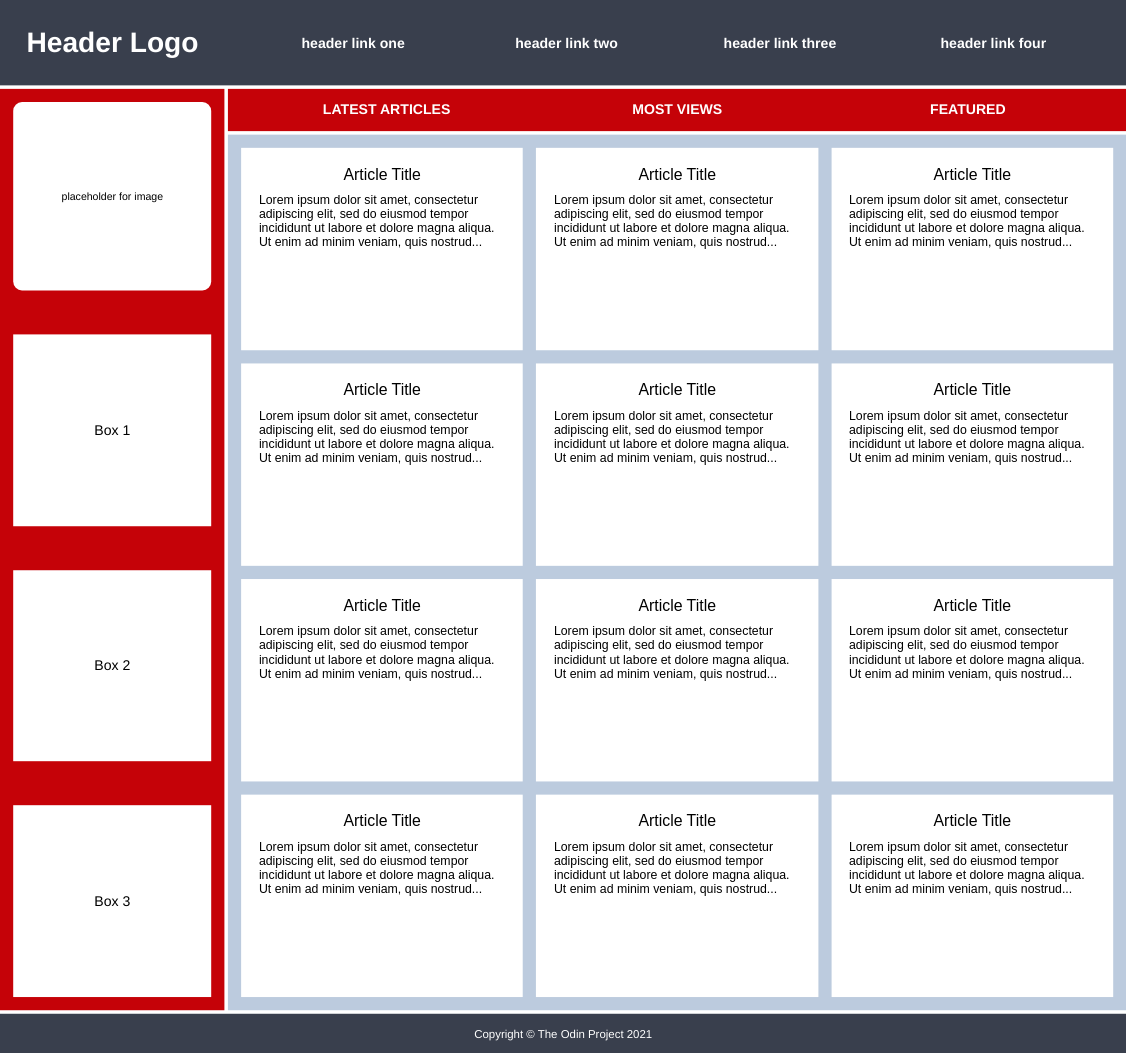
Repository: gkintu/css-exercises
Page: intermediate-html-css/advanced-grid/02-holy-grail-mockup/index.html
An editor plug-in stored every save of this project. The page is shown before and after the next save, followed by the edit.
The browser window is 1280 px wide. The pictures show the whole page, at 88% of full size.

Above is the page before, as saved 2025-03-04 11:23:39.

### intermediate-html-css/advanced-grid/02-holy-grail-mockup/index.html
<!DOCTYPE html>
<html lang="en">
  <head>
    <meta charset="UTF-8">
    <meta http-equiv="X-UA-Compatible" content="IE=edge">
    <meta name="viewport" content="width=device-width, initial-scale=1.0">
    <title>Holy Grail Mockup</title>
    <link rel="stylesheet" href="style.css">
  </head>
  <body>
    <div class="container">

      <div class="header">
        <div class="logo">Header Logo</div>
        <div class="menu">
          <ul>
            <li>header link one</li>
            <li>header link two</li>
            <li>header link three</li>
            <li>header link four</li>
          </ul>
        </div>
      </div>

      <div class="sidebar">
        <div class="photo">
          <p>placeholder for image</p>
        </div>
        <div class="side-content">Box 1
        </div>
        <div class="side-content">Box 2
        </div>
        <div class="side-content">Box 3
        </div>
      </div>

      <div class="nav">
        <ul>
          <li>Latest Articles</li>
          <li>Most Views</li>
          <li>Featured</li>
        </ul>
      </div>

      <div class="article">
        <div class="card">
          <p class="title">Article Title</p>
          <p>Lorem ipsum dolor sit amet, consectetur adipiscing elit, sed do eiusmod tempor incididunt ut labore et dolore magna aliqua. Ut enim ad minim veniam, quis nostrud...</p>
        </div>
        <div class="card">
          <p class="title">Article Title</p>
          <p>Lorem ipsum dolor sit amet, consectetur adipiscing elit, sed do eiusmod tempor incididunt ut labore et dolore magna aliqua. Ut enim ad minim veniam, quis nostrud...</p>
        </div>
        <div class="card">
          <p class="title">Article Title</p>
          <p>Lorem ipsum dolor sit amet, consectetur adipiscing elit, sed do eiusmod tempor incididunt ut labore et dolore magna aliqua. Ut enim ad minim veniam, quis nostrud...</p>
        </div>
        <div class="card">
          <p class="title">Article Title</p>
          <p>Lorem ipsum dolor sit amet, consectetur adipiscing elit, sed do eiusmod tempor incididunt ut labore et dolore magna aliqua. Ut enim ad minim veniam, quis nostrud...</p>
        </div>
        <div class="card">
          <p class="title">Article Title</p>
          <p>Lorem ipsum dolor sit amet, consectetur adipiscing elit, sed do eiusmod tempor incididunt ut labore et dolore magna aliqua. Ut enim ad minim veniam, quis nostrud...</p>
        </div>
        <div class="card">
          <p class="title">Article Title</p>
          <p>Lorem ipsum dolor sit amet, consectetur adipiscing elit, sed do eiusmod tempor incididunt ut labore et dolore magna aliqua. Ut enim ad minim veniam, quis nostrud...</p>
        </div>
        <div class="card">
          <p class="title">Article Title</p>
          <p>Lorem ipsum dolor sit amet, consectetur adipiscing elit, sed do eiusmod tempor incididunt ut labore et dolore magna aliqua. Ut enim ad minim veniam, quis nostrud...</p>
        </div>
        <div class="card">
          <p class="title">Article Title</p>
          <p>Lorem ipsum dolor sit amet, consectetur adipiscing elit, sed do eiusmod tempor incididunt ut labore et dolore magna aliqua. Ut enim ad minim veniam, quis nostrud...</p>
        </div>
        <div class="card">
          <p class="title">Article Title</p>
          <p>Lorem ipsum dolor sit amet, consectetur adipiscing elit, sed do eiusmod tempor incididunt ut labore et dolore magna aliqua. Ut enim ad minim veniam, quis nostrud...</p>
        </div>
        <div class="card">
          <p class="title">Article Title</p>
          <p>Lorem ipsum dolor sit amet, consectetur adipiscing elit, sed do eiusmod tempor incididunt ut labore et dolore magna aliqua. Ut enim ad minim veniam, quis nostrud...</p>
        </div>
        <div class="card">
          <p class="title">Article Title</p>
          <p>Lorem ipsum dolor sit amet, consectetur adipiscing elit, sed do eiusmod tempor incididunt ut labore et dolore magna aliqua. Ut enim ad minim veniam, quis nostrud...</p>
        </div>
        <div class="card">
          <p class="title">Article Title</p>
          <p>Lorem ipsum dolor sit amet, consectetur adipiscing elit, sed do eiusmod tempor incididunt ut labore et dolore magna aliqua. Ut enim ad minim veniam, quis nostrud...</p>
        </div>
      </div>

      <div class="footer">
        <p>Copyright © The Odin Project 2021</p>
      </div>

    </div>
  </body>
</html>

### intermediate-html-css/advanced-grid/02-holy-grail-mockup/style.css
* {
  margin: 0;
  padding: 0;
}

.container {
  display: grid;
  text-align: center;
  grid-template-columns: 1fr 4fr;
  gap: 4px;
}

.container div {
  padding: 15px;
  font-size: 32px;
  font-family: Helvetica;
  font-weight: bold;
  color: white;
}

.header {

  background-color: #393f4d;
  display: grid;
  grid-column: 1 / 3;
  grid-template-columns: 1fr 4fr;
  align-items: center;

}

.logo {
  justify-self: start;
}

.menu {
  grid-column: 2 / 3;
}

.menu ul {
  display: grid;
  list-style-type: none;
  grid-template-columns: repeat(4, 1fr);
  justify-items: center;
}



.menu ul,
.menu li {
  font-size: 16px;
}

.sidebar {
  background-color: #C50208;
  display:grid;
  gap: 50px;

  grid-column: 1 / 2;
  grid-row: 2/4;
}

.photo,
.side-content {
  display:grid;
  align-items: center;
}

.sidebar .photo {
  background-color: white;
  color: black;
  font-size: 12px;
  font-weight: normal;
  border-radius: 10px;

}


.sidebar .side-content {
  background-color: white;
  color: black;
  font-size: 16px;
  font-weight: normal;
}

.nav {

  background-color: #C50208;
  grid-column: 2 / 3;
  grid-row: 2;
  align-self: start;
}

.nav ul {
  display:grid;
  grid-template-columns: repeat(3, 1fr);

}

.nav ul li {
  font-size: 16px;
  text-transform: uppercase;
  list-style-type: none;
}

.article {

  background-color: #bccbde;
  grid-column: 2 / 3;
  grid-row: 3;
  display:grid;
  grid-template-columns: repeat(auto-fit, minmax(250px, 1fr));
  gap: 15px;

}

.card {
  height: 200px;

}

.article p {
  font-size: 18px;
  font-family: sans-serif;
  color: white;
  text-align: left;
  padding:2px;
}

.article .card {
  background-color: #FFFFFF;
  color: black;
  text-align: center;
}

.card p {
  color: black;
  font-weight: normal;
  font-size: 14px;
  padding: 5px;
}

.card .title {
  font-size: 18px;
  text-align: center;
}

.footer {


  background-color: #393f4d;
  grid-column: 1 / 3;
  grid-row: 4;
}

.footer p {
  font-size: 13px;
  font-weight: normal;
}

After the next save:
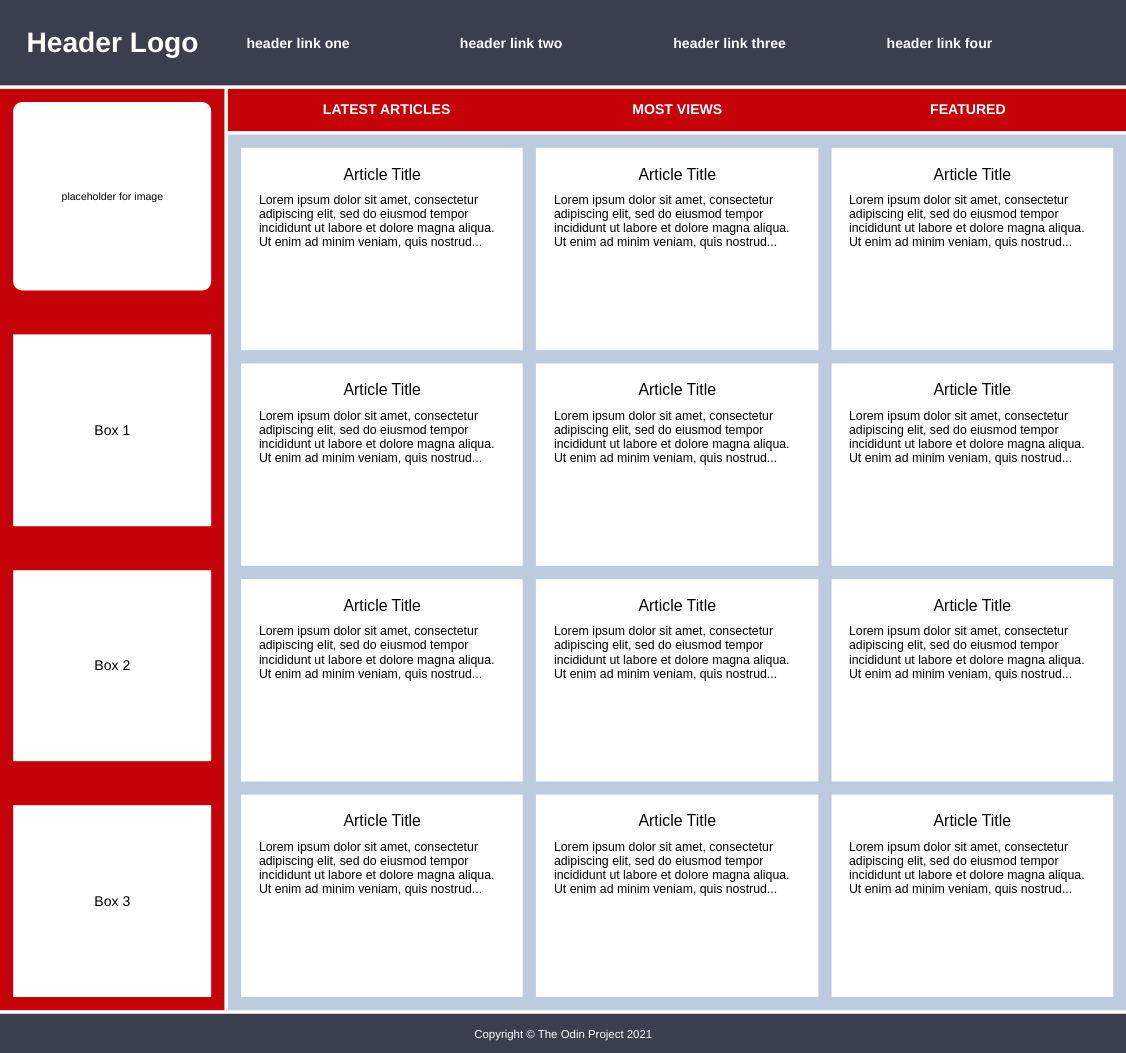
Saved 13 s later.
--- a/intermediate-html-css/advanced-grid/02-holy-grail-mockup/style.css
+++ b/intermediate-html-css/advanced-grid/02-holy-grail-mockup/style.css
@@ -40,7 +40,7 @@
   display: grid;
   list-style-type: none;
   grid-template-columns: repeat(4, 1fr);
-  justify-items: center;
+  justify-items: start;
 }
 
 
